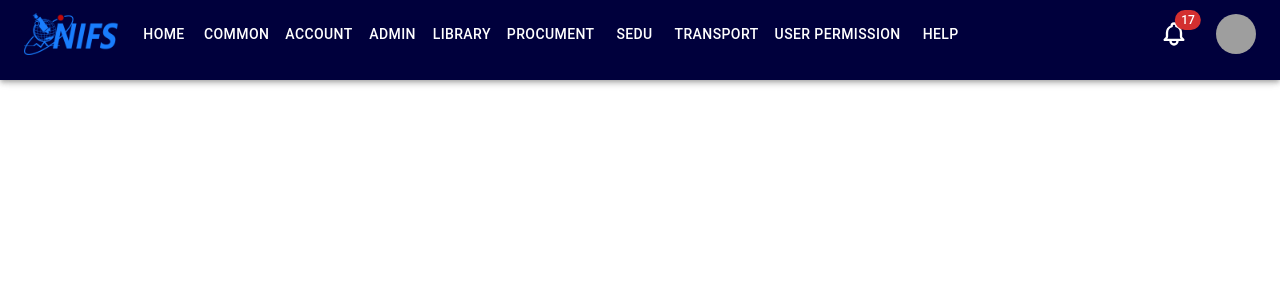
Repository: virangaj/NIFS-WebApp
Page: /account (app in client/)
These files come from the project's save history. The page is drawn as it stood at one moment and after the next save; the edit follows.
The browser window is 1280 px wide. The pictures show the whole page.
Pictures or frames that could not be fetched are drawn as grey boxes. The project was rebuilt for these pictures with package versions that can differ from the ones it lists, and the page was loaded fresh each time. Also part of the build but not shown: client/src/pages/Login.tsx, client/src/pages/Home.tsx, client/src/components/Transport/shared/TransportNavbar.js, client/src/pages/TransportMainPage.tsx, client/src/pages/CommonMainPage.tsx, client/src/pages/AdminMainPage.tsx, client/src/pages/LibraryMainPage.js, client/src/pages/ProcumentMainPage.js and 4 more.

Above is the page before, as saved 2022-07-17 21:29:46.

### client/public/index.html
<!DOCTYPE html>
<html lang="en">
	<head>
		<meta charset="utf-8" />
		<link rel="icon" href="%PUBLIC_URL%/favicon.ico" />
		<meta name="viewport" content="width=device-width, initial-scale=1" />
		<meta name="theme-color" content="#000000" />
		<meta
			name="description"
			content="Web site created using create-react-app"
		/>
		<link rel="apple-touch-icon" href="%PUBLIC_URL%/logo192.png" />
		<!--
      manifest.json provides metadata used when your web app is installed on a
      user's mobile device or desktop. See https://developers.google.com/web/fundamentals/web-app-manifest/
    -->
		<link rel="manifest" href="%PUBLIC_URL%/manifest.json" />
		<!--
      Notice the use of %PUBLIC_URL% in the tags above.
      It will be replaced with the URL of the `public` folder during the build.
      Only files inside the `public` folder can be referenced from the HTML.

      Unlike "/favicon.ico" or "favicon.ico", "%PUBLIC_URL%/favicon.ico" will
      work correctly both with client-side routing and a non-root public URL.
      Learn how to configure a non-root public URL by running `npm run build`.
    -->
		<link
			href="https://fonts.googleapis.com/css?family=Poppins"
			rel="stylesheet"
		/>
		<title>NIFS Dashboard</title>
	</head>
	<body>
		<noscript>You need to enable JavaScript to run this app.</noscript>
		<div id="root"></div>
		<!--
      This HTML file is a template.
      If you open it directly in the browser, you will see an empty page.

      You can add webfonts, meta tags, or analytics to this file.
      The build step will place the bundled scripts into the <body> tag.

      To begin the development, run `npm start` or `yarn start`.
      To create a production bundle, use `npm run build` or `yarn build`.
    -->
	</body>
</html>

### client/src/index.css
* {
  margin: 0;
}

body {
  font-family: 'Poppins';
  -webkit-font-smoothing: antialiased;
  -moz-osx-font-smoothing: grayscale;
}

:root {
  --main-navbar-back: #00003c;

}


.nav-logo {
  width: 100px;
  height: auto;
}

/* main navbar */
.main-navbar {
  background-color: var(--main-navbar-back) !important;
  width: 100% !important;
  height: 80px !important;

}

/* secondary navbar */
.secondary-navbar {
  margin-top: 10vh !important;
  margin: auto;
}

/* body content */
.body-content {
  margin: auto;
  width: 90%;
  margin-top: 7vh;

}

.sub-body-content {
  margin: auto;
  width: 90%;
  margin-top: 3vh;
}

### client/src/App.tsx
import React from 'react';
import Navbar from './components/shared/Navbar';
import Login from './pages/Login'
import { BrowserRouter as Router, Route, Routes, useLocation } from 'react-router-dom'
import Home from './pages/Home';
import TransportMainPage from './pages/TransportMainPage';
import CommonMainPage from './pages/CommonMainPage';
import AccountMainPage from './pages/AccountMainPage';
import AdminMainPage from './pages/AdminMainPage';
import LibraryMainPage from './pages/LibraryMainPage';
import ProcumentMainPage from './pages/ProcumentMainPage';
import SeduMainPage from './pages/SeduMainPage';
import UserPermissionMainPage from './pages/UserPermissionMainPage';
import NotificationMainPage from './pages/NotificationMainPage';
import HelpMainPage from './pages/HelpMainPage';

function App() {

  // const location = useLocation();
  // const currentLocation: string = location.pathname.split('/')[1];
  // console.log(currentLocation)

  return (
    <Router>
      <Navbar />
      <Routes>

        <Route path="/login" element={<Login />} />
        <Route path="/" element={<Home />} />
        <Route path="/common/*" element={<CommonMainPage />} />
        <Route path="/account/*" element={<AccountMainPage />} />
        <Route path="/admin/*" element={<AdminMainPage />} />
        <Route path="/library/*" element={<LibraryMainPage />} />
        <Route path="/procument/*" element={<ProcumentMainPage />} />
        <Route path="/sedu/*" element={<SeduMainPage />} />
        <Route path="/transport/*" element={<TransportMainPage />} />
        <Route
          path="/user-permission/*"
          element={<UserPermissionMainPage />}
        />
        <Route
          path="/notification/*"
          element={<NotificationMainPage />}
        />
        <Route path="/help/*" element={<HelpMainPage />} />
      </Routes>


    </Router>
  );
}

export default App;

### client/src/components/shared/Navbar.tsx
import * as React from 'react';
import AppBar from '@mui/material/AppBar';
import Box from '@mui/material/Box';
import Toolbar from '@mui/material/Toolbar';
import IconButton from '@mui/material/IconButton';
import Typography from '@mui/material/Typography';
import Menu from '@mui/material/Menu';
import Container from '@mui/material/Container';
import Avatar from '@mui/material/Avatar';
import Button from '@mui/material/Button';
import Tooltip from '@mui/material/Tooltip';
import MenuItem from '@mui/material/MenuItem';
import { HiMenuAlt2, HiOutlineBell } from "react-icons/hi";
import Badge from '@mui/material/Badge';
import Logo from '../../images/nifs_logo.png'
import { Link } from 'react-router-dom';

const Navbar = () => {
    const pages = [
        {
            id: 0,
            title: 'Home',
            link: '/',
        },
        {
            id: 1,
            title: 'Common',
            link: '/common',
        },
        {
            id: 2,
            title: 'Account',
            link: '/account',
        },
        {
            id: 3,
            title: 'Admin',
            link: '/admin',
        },
        {
            id: 4,
            title: 'Library',
            link: '/library',
        },
        {
            id: 5,
            title: 'Procument',
            link: '/procument',
        },
        {
            id: 6,
            title: 'SEDU',
            link: '/sedu',
        },
        {
            id: 7,
            title: 'Transport',
            link: '/transport',
        },
        {
            id: 8,
            title: 'User Permission',
            link: '/user-permission',
        },
        // {
        //     id: 9,
        //     title: 'Notification',
        //     link: '/notification',
        // },
        {
            id: 10,
            title: 'Help',
            link: '/help',
        },
    ];

    const settings = [
        {
            id: 0,
            title: 'Login',
            link: '/login',
        },
    ];
    const [anchorElNav, setAnchorElNav] = React.useState<null | HTMLElement>(null);
    const [anchorElUser, setAnchorElUser] = React.useState<null | HTMLElement>(null);

    const handleOpenNavMenu = (event: React.MouseEvent<HTMLElement>) => {
        setAnchorElNav(event.currentTarget);
    };
    const handleOpenUserMenu = (event: React.MouseEvent<HTMLElement>) => {
        setAnchorElUser(event.currentTarget);
    };

    const handleCloseNavMenu = () => {
        setAnchorElNav(null);
    };

    const handleCloseUserMenu = () => {
        setAnchorElUser(null);
    };

    return (
        <AppBar position="fixed" className="main-navbar">
            <Container maxWidth="xl">
                <Toolbar disableGutters>
                    {/*Responsive view start here  */}
                    <Box sx={{ display: { xs: 'none', md: 'flex' }, mr: 1 }}>
                        <img src={Logo} alt="logo" className="nav-logo" />
                    </Box>


                    <Box sx={{ flexGrow: 1, display: { xs: 'flex', md: 'none' } }}>
                        <IconButton
                            size="large"
                            aria-label="account of current user"
                            aria-controls="menu-appbar"
                            aria-haspopup="true"
                            onClick={handleOpenNavMenu}
                            color="inherit"
                        >
                            <HiMenuAlt2 />
                        </IconButton>
                        <Menu
                            id="menu-appbar"
                            anchorEl={anchorElNav}
                            anchorOrigin={{
                                vertical: 'bottom',
                                horizontal: 'left',
                            }}
                            keepMounted
                            transformOrigin={{
                                vertical: 'top',
                                horizontal: 'left',
                            }}
                            open={Boolean(anchorElNav)}
                            onClose={handleCloseNavMenu}
                            sx={{
                                display: { xs: 'block', md: 'none' },
                            }}
                        >
                            {pages && pages.map((page) => (
                                <MenuItem key={page.id} onClick={handleCloseNavMenu}>
                                    <Link to={page.link} style={{ textDecoration: 'none' }}>
                                        <Typography textAlign="center">{page.title}</Typography>
                                    </Link>
                                </MenuItem>
                            ))}
                        </Menu>
                    </Box>
                    {/* Responsive view ends here */}

                    {/* Full width starts here */}
                    <Box
                        sx={{
                            mr: 2,
                            display: { xs: 'flex', md: 'none' },
                            flexGrow: 1,
                        }}
                    >
                        <img src={Logo} alt="logo" className="nav-logo" />
                    </Box>

                    <Box sx={{ flexGrow: 1, display: { xs: 'none', md: 'flex' } }}>
                        {pages.map((page) => (
                            <Link to={page.link} style={{ textDecoration: 'none' }}>
                                <Button
                                    key={page.id}
                                    onClick={handleCloseNavMenu}
                                    sx={{ my: 2, color: 'white', display: 'block' }}
                                >
                                    {page.title}
                                </Button>
                            </Link>
                        ))}
                    </Box>
                    <IconButton
                        size="large"
                        aria-label="show 17 new notifications"
                        color="inherit"
                        sx={{ mr: 2 }}
                    >
                        <Badge badgeContent={17} color="error">
                            <HiOutlineBell />
                        </Badge>
                    </IconButton>
                    <Box sx={{ flexGrow: 0 }}>
                        <Tooltip title="Open settings">
                            <IconButton onClick={handleOpenUserMenu} sx={{ p: 0 }}>
                                <Avatar alt="Remy Sharp" src="/static/images/avatar/2.jpg" />
                            </IconButton>
                        </Tooltip>
                        <Menu
                            sx={{ mt: '45px' }}
                            id="menu-appbar"
                            anchorEl={anchorElUser}
                            anchorOrigin={{
                                vertical: 'top',
                                horizontal: 'right',
                            }}
                            keepMounted
                            transformOrigin={{
                                vertical: 'top',
                                horizontal: 'right',
                            }}
                            open={Boolean(anchorElUser)}
                            onClose={handleCloseUserMenu}
                        >
                            {settings && settings.map((setting) => (
                                <MenuItem key={setting.id} onClick={handleCloseUserMenu}>
                                    <Typography textAlign="center">{setting.title}</Typography>
                                </MenuItem>
                            ))}
                        </Menu>
                    </Box>
                </Toolbar>
            </Container>
        </AppBar>
    );
};
export default Navbar;

### client/src/pages/AccountMainPage.tsx
import React from 'react';

function AccountMainPage() {
	return <div className="body-content">AccountMainPage</div>;
}

export default AccountMainPage;

Loaded but not shown: client/src/index.tsx (common file); client/src/reportWebVitals.ts (common file)

After the next save:
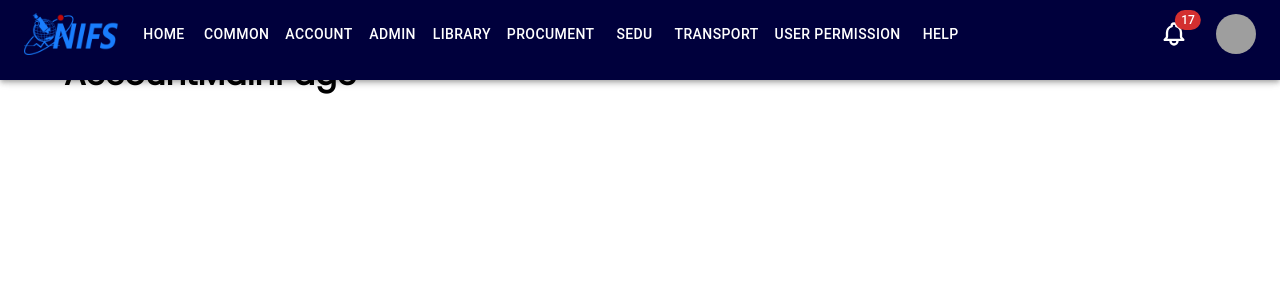
Saved 27 s later.
--- a/client/src/pages/AccountMainPage.tsx
+++ b/client/src/pages/AccountMainPage.tsx
@@ -1,7 +1,7 @@
 import React from 'react';
 
 function AccountMainPage() {
-	return <div className="body-content">AccountMainPage</div>;
+	return <div className="body-content"><h1>AccountMainPage</h1></div>;
 }
 
 export default AccountMainPage;
